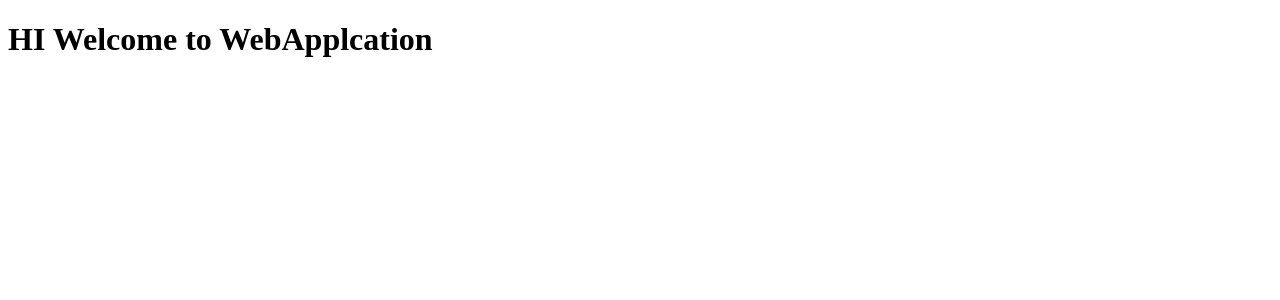
Repository: Thaneshwara848/MyHibernate
Page: ServlerDemo1/src/main/webapp/Register.html
The author's editor kept a copy of each file at every save. The page is drawn from the files as they stood at one save, then again after the next save.
The browser window is 1280 px wide. The pictures show the whole page.

Above is the page before, as saved 2022-11-02 16:54:24.

After the next save:
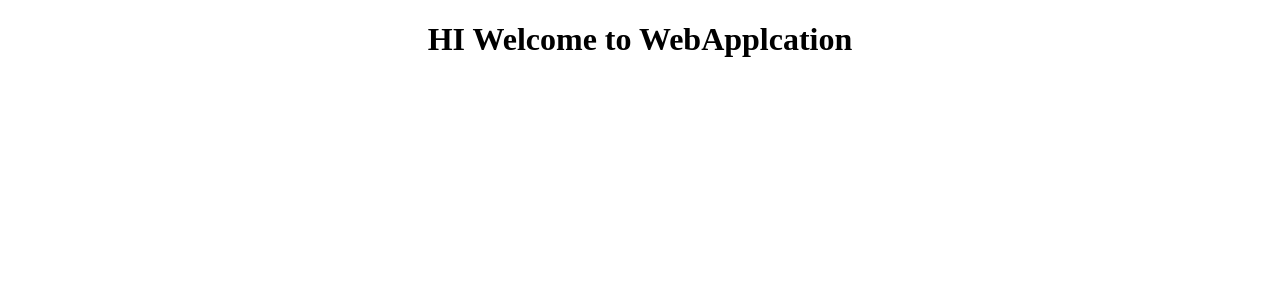
Saved 5 min 0 s later.
--- a/ServlerDemo1/src/main/webapp/Register.html
+++ b/ServlerDemo1/src/main/webapp/Register.html
@@ -5,6 +5,8 @@
 <title>Insert title here</title>
 </head>
 <body>
-	<h1>HI Welcome to WebApplcation </h1>
+	<center>
+		<h1>HI Welcome to WebApplcation </h1>
+	</center>
 </body>
 </html>
